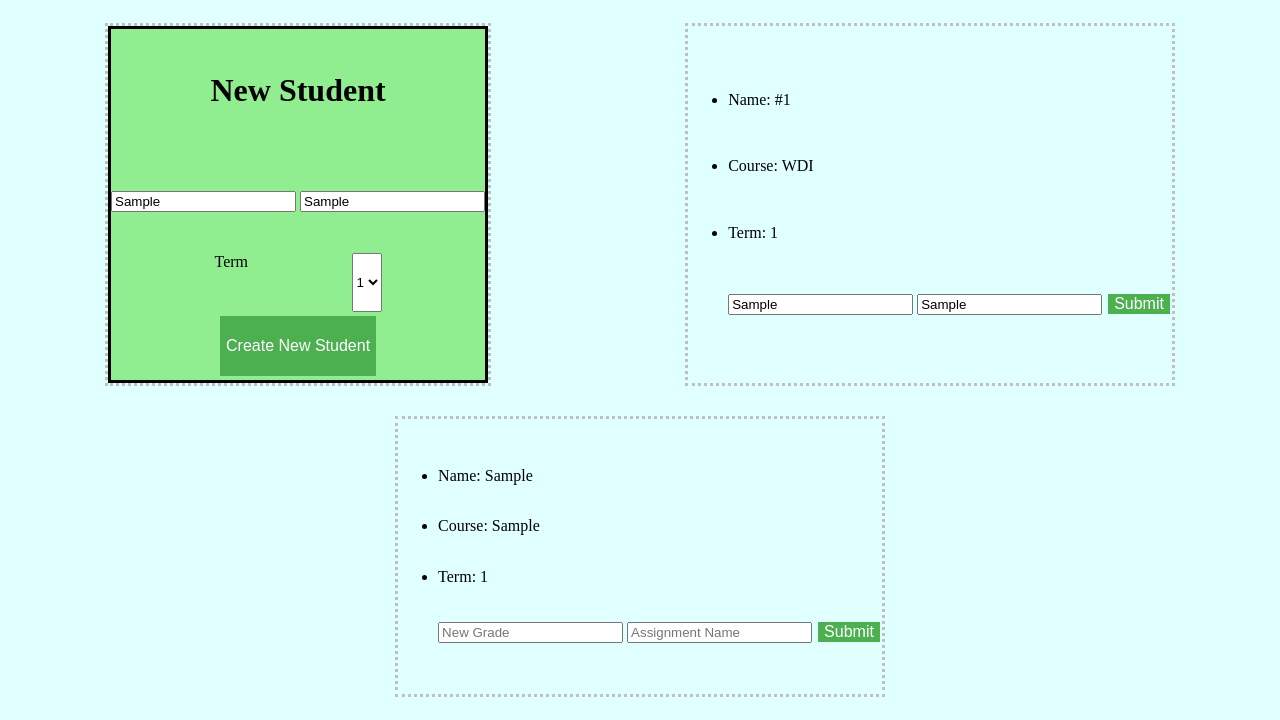
Repository: EdmontDantes/graderaide-fullstack-solution
Page: index.html
The author's editor kept a copy of each file at every save. The page is drawn from the files as they stood at one save, then again after a run of saves.
The browser window is 1280 px wide. The pictures show the whole page.
Empty fields were first filled with sample values (such as "Sample", 5 or name@example.com).
After loading, the first visible `button.new-student-button` was clicked once.

Above is the page before, as saved 2020-04-23 10:57:34.
Console error: ReferenceError: btnSubmitNewGradePlusAssigmentToCurrentStudentInternal is not defined

After the next 11 saves:
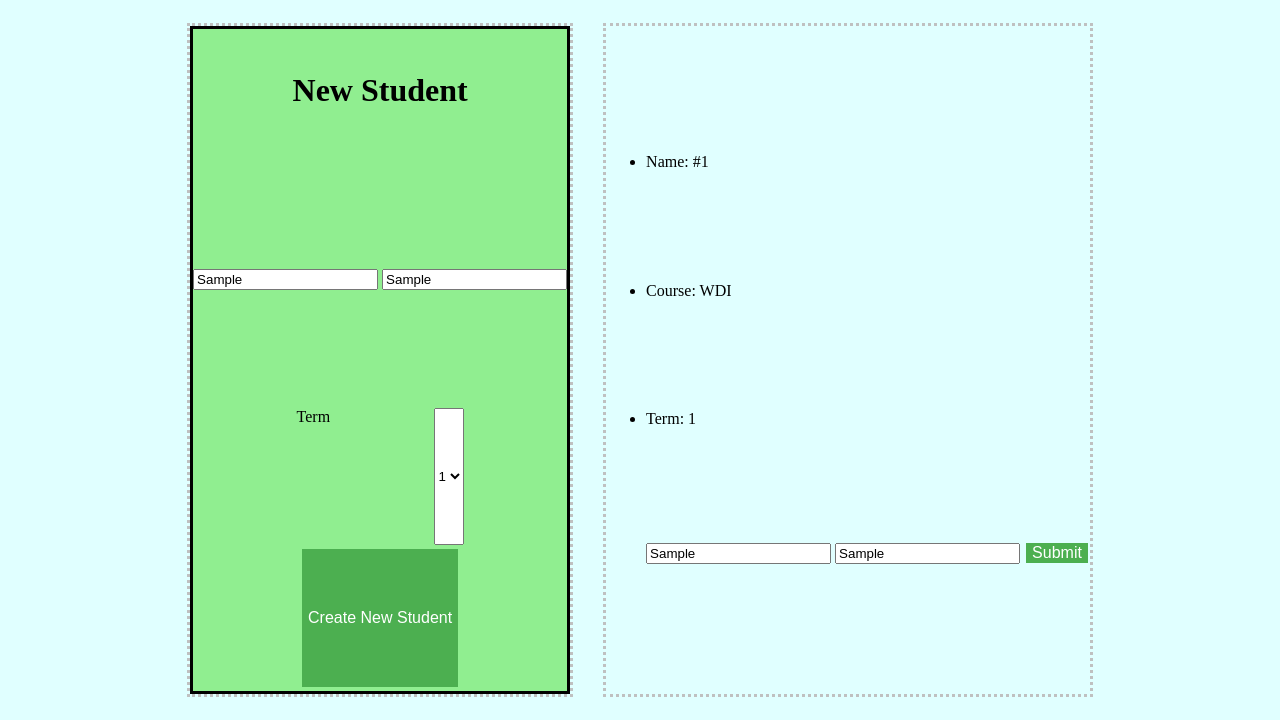
The 11 saves are shown as one change because they came seconds apart.
The last was saved 80 s later.
--- a/main.js
+++ b/main.js
@@ -106,6 +106,7 @@
 
 
     studentInfo.classList.add('student-info');
+    studentInfo.classList.add(``)
     studentInfo.appendChild(nameItem);
     studentInfo.appendChild(courseItem);
     studentInfo.appendChild(termItem);

After the 5 saves that followed:
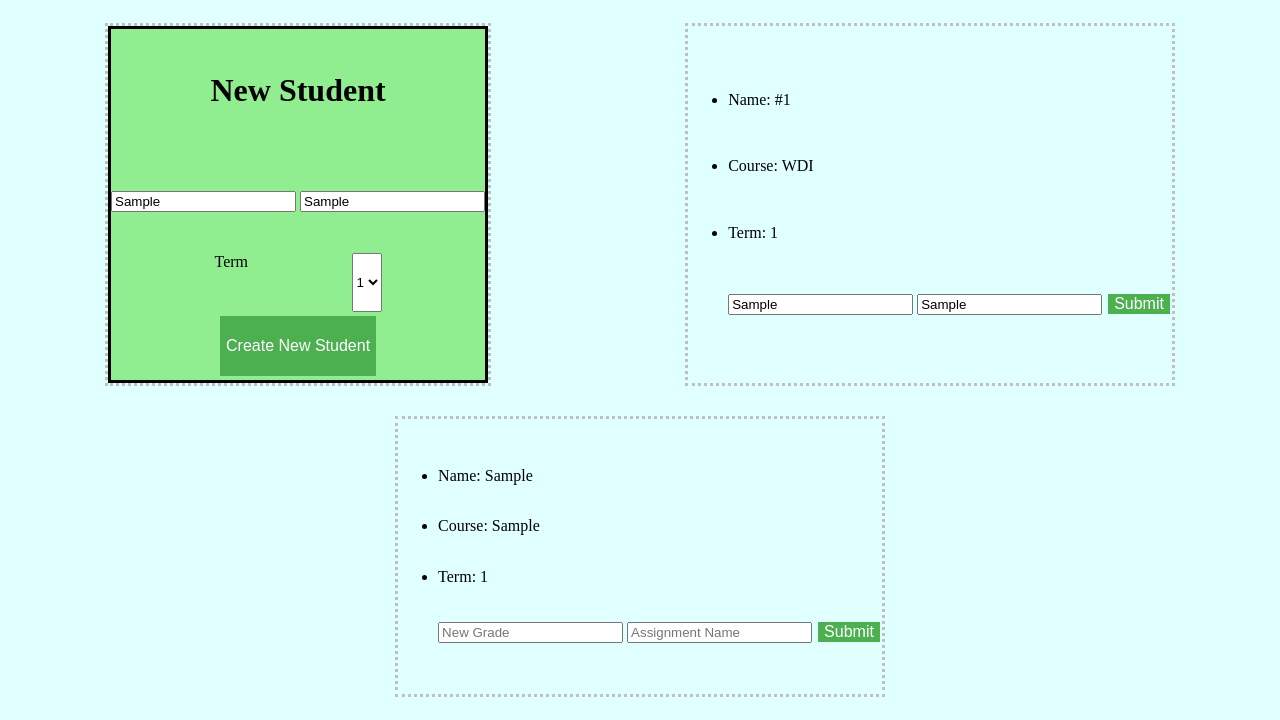
The 5 saves are shown as one change because they came seconds apart.
The last was saved 15 s later.
--- a/main.js
+++ b/main.js
@@ -106,7 +106,7 @@
 
 
     studentInfo.classList.add('student-info');
-    studentInfo.classList.add(``)
+    studentInfo.classList.add(`#${numId.length}`)
     studentInfo.appendChild(nameItem);
     studentInfo.appendChild(courseItem);
     studentInfo.appendChild(termItem);
